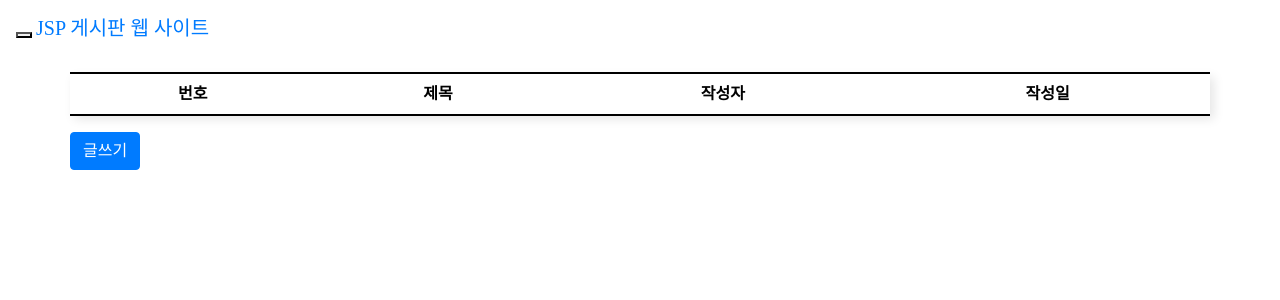
Repository: hz6450/2024-summer-jsp-notice-project
Page: http://localhost/BBS/BBS.jsp
An editor plug-in stored every save of this project. The page is shown before and after the next save, followed by the edit.
The browser window is 1280 px wide. The pictures show the whole page.
Some web fonts or font styles are not loaded; a fallback is used. Some web libraries are served in a nearby version. The page is served by Tomcat 10. Other server files are loaded and not shown. Queries for data that is not in the repository find no rows.

Above is the page before, as saved 2024-07-12 08:08:09.

### projects/BBS/src/main/webapp/BBS.jsp
<%@ page language="java" contentType="text/html; charset=UTF-8"
	pageEncoding="UTF-8"%>
<%@ page import="java.io.PrintWriter"%>
<%@ page import="bbs.BbsDAO"%>
<%@ page import="bbs.Bbs"%>
<%@ page import="java.util.ArrayList"%>
<!DOCTYPE html>
<html>

<head>
<meta charset="UTF-8">
<meta name="viewport" content="width=device-width" initial-scale="1">
<link rel="stylesheet" href="css/bootstrap.css">
<link rel="stylesheet" href="css/custom.css">
<title>jsp 게시판 웹 사이트</title>
<style type="text/css">
</style>
</head>

<body>
	<%
	String userID = null;
	if (session.getAttribute("userID") != null) {
		userID = (String) session.getAttribute("userID");

	}
	int pageNumber = 1;
	if (request.getParameter("pageNumber") != null) {
		pageNumber = Integer.parseInt(request.getParameter("pageNumber"));
	}
	%>
	<nav class="navbar navbar-default">
		<div class="navbar-header">
			<button type="button" class="navbar-toggle" data-toggle="collapse"
				data-target="#bs-example-navbar-collapse-1" aria-expanded="false">
				<span class="icon-bar"></span> <span class="icon-bar"></span> <span
					class="icon-bar"></span>
			</button>
			<a class="navbar-brand" href="main.jsp">JSP 게시판 웹 사이트</a>
		</div>
		<div class="collapse navbar-collapse"
			id="bs-example-navbar-collapse-1">
			<ul class="nav navbar-nav">
				<li><a href="main.jsp">메인</a></li>
				<li class="active"><a href="BBS.jsp">게시판</a></li>
			</ul>
		</nav>
			<div class="container">
				<div class="row">
					<table class="table table-striped" id="bbs-table">
						<thead style="box-shadow: 4px 4px 10px rgba(0,0,0,0.1)">
							<tr>
								<th id="bbs-th">번호</th>
								<th id="bbs-th">제목</th>
								<th id="bbs-th">작성자</th>
								<th id="bbs-th">작성일</th>
							</tr>
						</thead>
						<tbody id="bbs-tr">
							<%
							BbsDAO bbsDAO = new BbsDAO();
							ArrayList<Bbs> list = bbsDAO.getList(pageNumber);
							for (int i = 0; i < list.size(); i++) {
							%>
							<tr>
								<td><%= list.get(i).getBbsId() %></td>
								<td><a href="view.jsp?bbsID=<%=list.get(i).getBbsId()%>">
										<%= list.get(i).getBbsTitle() %></a></td>
								<td><%= list.get(i).getUserID() %></td>
								<td><%= list.get(i).getBbsDate().substring(0, 11) + list.get(i).getBbsDate().substring(11, 13) + "시" + list.get(i).getBbsDate().substring(14, 16) + "분" %></td>
							</tr>
						</tbody>
						<%
						}
						%>

					</table>
					<%
						if(pageNumber != 1){
							%>
					<a href="BBS.jsp?pageNumber=<%=pageNumber -1 %>" class="btn btn-success btn-arrow-left">이전</a>

					<%
						}if(bbsDAO.nextPage(pageNumber + 1)){
							%>
					<a href="BBS.jsp?pageNumber=<%=pageNumber +1 %>" class="btn btn-success btn-arrow-left">다음</a>
					<%
						}
					%>
					<a href="write.jsp" class="btn btn-primary pull-right">글쓰기</a>
				</div>
			</div>

		</div>



	<script src="https://code.jquery.com/jquery-3.1.1.min.js"></script>
	<script src="js/bootstrap.js"></script>

</body>

</html>

### projects/BBS/src/main/java/bbs/BbsDAO.java
package bbs;

import java.sql.Connection;
import java.sql.DriverManager;
import java.sql.PreparedStatement;
import java.sql.ResultSet;
import java.util.ArrayList;

public class BbsDAO {

	private Connection conn;
	private ResultSet rs;

	public BbsDAO() {
		try {
			String dbURL = "jdbc:mysql://localhost:3306/BBS";
			String dbID = "root";
			String dbPassword = "6450";
			Class.forName("com.mysql.jdbc.Driver");
			conn = DriverManager.getConnection(dbURL, dbID, dbPassword);
		} catch (Exception e) {
			e.printStackTrace();
		}
	}

	public String getDate() {
		String SQL = "SELECT NOW()";
		try {
			PreparedStatement pstmt = conn.prepareStatement(SQL);
			rs = pstmt.executeQuery();
			if (rs.next()) {
				return rs.getString(1);
			}
		} catch (Exception e) {
			e.printStackTrace();
		}
		return "";
	}

	public int getNext() {
		String SQL = "SELECT bbsID FROM BBS ORDER BY bbsID DESC";
		try {
			PreparedStatement pstmt = conn.prepareStatement(SQL);
			rs = pstmt.executeQuery();
			if (rs.next()) {
				return rs.getInt(1) + 1;
			}
		} catch (Exception e) {
			e.printStackTrace();
		}
		return 1;
	}

	public int write(String bbsTitle, String userID, String bbsContent) {
		String SQL = "INSERT INTO BBS VALUE(?,?,?,?,?,?)";
		try {
			PreparedStatement pstmt = conn.prepareStatement(SQL);

			pstmt.setInt(1, getNext());
			pstmt.setString(2, bbsTitle);
			pstmt.setString(3, userID);
			pstmt.setString(4, getDate());
			pstmt.setString(5, bbsContent);
			pstmt.setInt(6, 1);

			return pstmt.executeUpdate();
		} catch (Exception e) {
			e.printStackTrace();
		}
		return -1;
	}

	public ArrayList<Bbs> getList(int pageNumber) {
		String SQL = "SELECT * From BBS WHERE bbsID < ? AND bbsAvailable = 1 ORDER BY bbsID DESC LIMIT 10";
		ArrayList<Bbs> list = new ArrayList<Bbs>();
		try {
			PreparedStatement pstmt = conn.prepareStatement(SQL);
			pstmt.setInt(1, getNext() - (pageNumber - 1) * 10);
			rs = pstmt.executeQuery();
			while (rs.next()) {
				Bbs bbs = new Bbs();
				bbs.setBbsId(rs.getInt(1));
				bbs.setBbsTitle(rs.getString(2));
				bbs.setUserID(rs.getString(3));
				bbs.setBbsDate(rs.getString(4));
				bbs.setBbsContent(rs.getString(5));
				bbs.setBbsAvailable(rs.getInt(6));
				list.add(bbs);
			}
		} catch (Exception e) {
			e.printStackTrace();
		}
		return list;
	}

	public boolean nextPage(int pageNumber) {
		String SQL = "SELECT * From BBS WHERE bbsID < ? AND bbsAvailable = 1 ORDER BY bbsID DESC LIMIT 10";
		try {
			PreparedStatement pstmt = conn.prepareStatement(SQL);
			pstmt.setInt(1, getNext() - (pageNumber - 1) * 10);
			rs = pstmt.executeQuery();
			if (rs.next()) {
				return true;
			}
		} catch (Exception e) {
			e.printStackTrace();
		}
		return false;
	}

	public Bbs getBbs(int bbsID) {
		String SQL = "SELECT * FROM BBS WHERE bbsID = ?";
		try {
			PreparedStatement pstmt = conn.prepareStatement(SQL);
			pstmt.setInt(1, bbsID);
			rs = pstmt.executeQuery();
			if (rs.next()) {
				Bbs bbs = new Bbs();
				bbs.setBbsId(rs.getInt(1));
				bbs.setBbsTitle(rs.getString(2));
				bbs.setUserID(rs.getString(3));
				bbs.setBbsDate(rs.getString(4));
				bbs.setBbsContent(rs.getString(5));
				bbs.setBbsAvailable(rs.getInt(6));
				return bbs;
			}
		} catch (Exception e) {
			e.printStackTrace();
		}
		return null;
	}

	public int update(int bbsID, String bbsTitle, String bbsContent) {
		String SQL = "UPDATE BBS SET bbsTitle = ?, bbsContent= ? WHERE bbsID = ?";
		try {
			PreparedStatement pstmt = conn.prepareStatement(SQL);

			pstmt.setString(1, bbsTitle);
			pstmt.setString(2, bbsContent);
			pstmt.setInt(3, bbsID);

			return pstmt.executeUpdate();
		} catch (Exception e) {
			e.printStackTrace();
		}
		return -1;
	}

	public int delete(int bbsID) {
		String SQL = "UPDATE BBS SET bbsAvailable=0 WHERE bbsID = ?";
		try {
			PreparedStatement pstmt = conn.prepareStatement(SQL);
			pstmt.setInt(1, bbsID);

			return pstmt.executeUpdate();
		} catch (Exception e) {
			e.printStackTrace();
		}
		return -1;
	}
}

### projects/BBS/src/main/webapp/css/custom.css
@import url(http://fonts.googleapis.com/earlyaccess/nanumgothic.css);

@import url(http://fonts.googleapis.com/earlyaccess/hanna.css);

* {
	font-family: "Nanum Gothic";
}

h1 {
	font-family: "Hanna";
}

#bbs-table {
  border-collapse: collapse;
  margin: 1rem auto;
  background-color: white;
}

td {
  padding: 8px;
  text-align: left;
  border-bottom: 1px solid #ddd;
  text-align: center;
}

#bbs-th {
  padding: 8px;
  text-align: left;
  text-align: center;
  border-top: 2px solid #000;
  border-bottom: 2px solid #000;
  color: #000;
}

#bbs-th-bor {
  padding: 8px;
  text-align: left;
  text-align: center;
  border-top: 5px solid #000;
  border-bottom: 2px solid #000;
  color: #000;
}

Loaded but not shown: projects/BBS/src/main/webapp/css/bootstrap.css (library); projects/BBS/src/main/webapp/js/bootstrap.js (library)

After the next save:
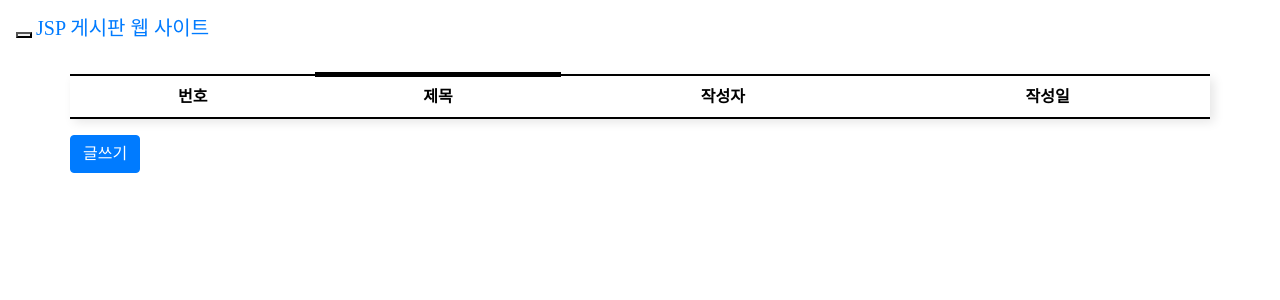
Saved 4 s later.
--- a/projects/BBS/src/main/webapp/BBS.jsp
+++ b/projects/BBS/src/main/webapp/BBS.jsp
@@ -51,7 +51,7 @@
 						<thead style="box-shadow: 4px 4px 10px rgba(0,0,0,0.1)">
 							<tr>
 								<th id="bbs-th">번호</th>
-								<th id="bbs-th">제목</th>
+								<th id="bbs-th-bor">제목</th>
 								<th id="bbs-th">작성자</th>
 								<th id="bbs-th">작성일</th>
 							</tr>

After the save that followed:
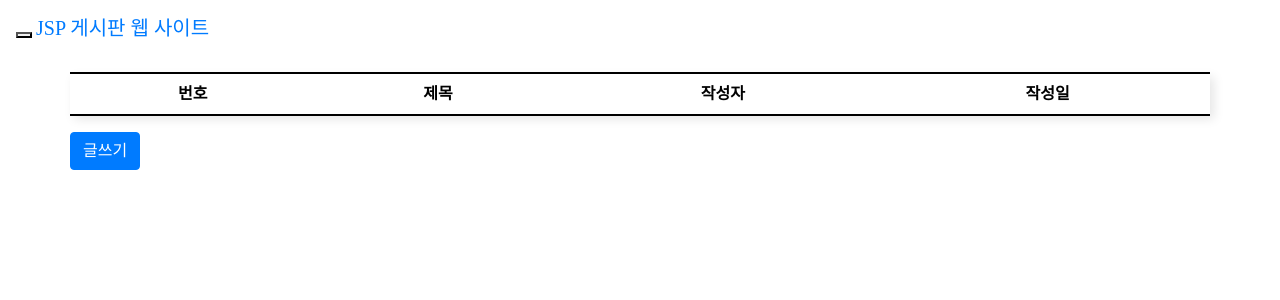
Saved 8 s later.
--- a/projects/BBS/src/main/webapp/css/custom.css
+++ b/projects/BBS/src/main/webapp/css/custom.css
@@ -36,7 +36,7 @@ td {
   padding: 8px;
   text-align: left;
   text-align: center;
-  border-top: 5px solid #000;
+  border-top: 2px solid #000;
   border-bottom: 2px solid #000;
   color: #000;
 }
